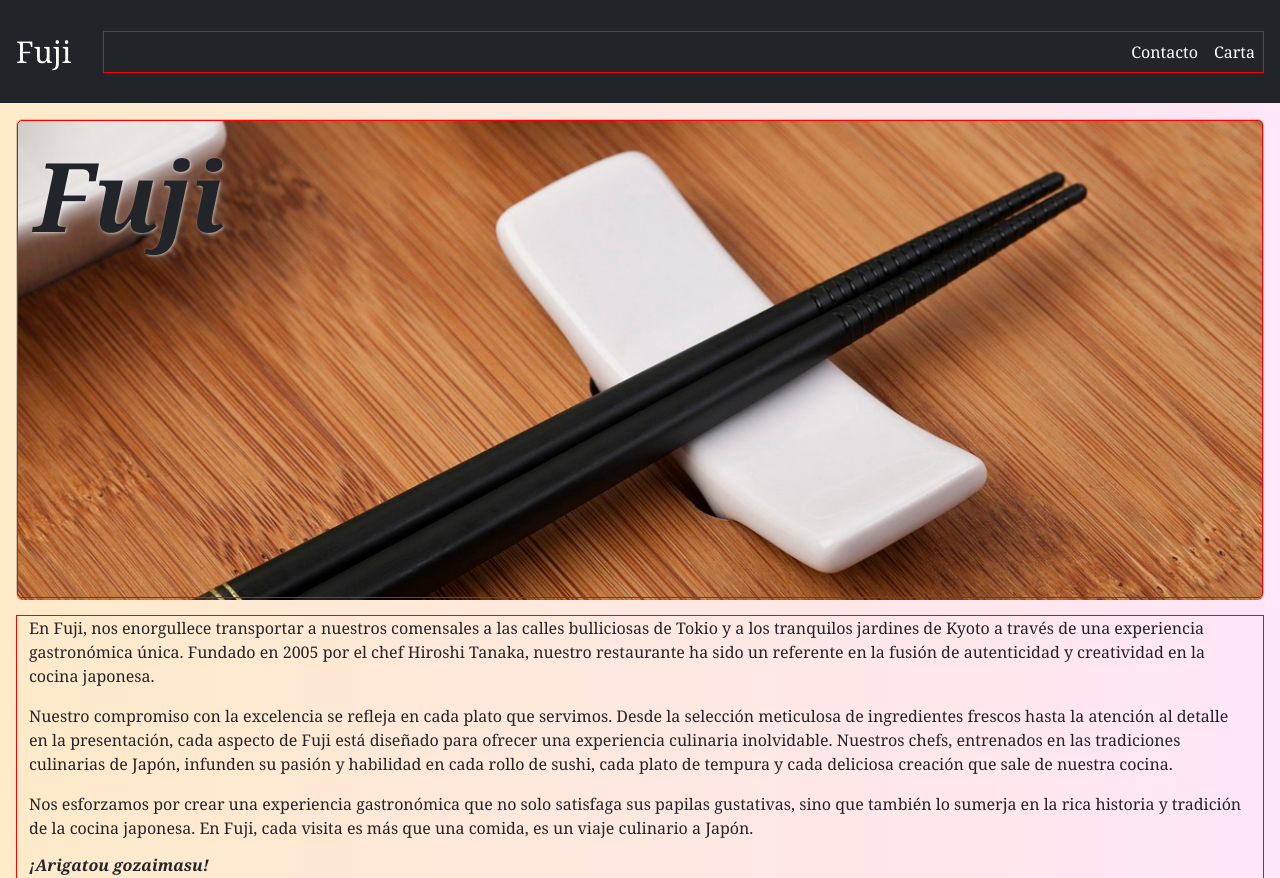
Repository: aipacheco/Fuji-restaurante
Page: index.html
These files come from the project's save history. The page is drawn as it stood at one moment and after the next save; the edit follows.
The browser window is 1280 px wide. The pictures show the part of the page from y = 0 to 878 px (the page is 1319 px tall before and 1313 px after).
A picture or video elsewhere on the page could not be fetched, so the positions and the page height are approximate. Some web libraries are served in a nearby version.

Above is the page before, as saved 2024-01-29 18:16:56.

### index.html
<!DOCTYPE html>
<html lang="en">
  <head>
    <meta charset="UTF-8" />
    <meta name="viewport" content="width=device-width, initial-scale=1.0" />

    <link
      href="https://cdn.jsdelivr.net/npm/bootstrap@5.3.2/dist/css/bootstrap.min.css"
      rel="stylesheet"
      integrity="sha384-T3c6CoIi6uLrA9TneNEoa7RxnatzjcDSCmG1MXxSR1GAsXEV/Dwwykc2MPK8M2HN"
      crossorigin="anonymous"
    />
    <link rel="stylesheet" href="./css/styles.css" />
    <title>Restaurante Fuji</title>
  </head>

  <body>
    <!-- Navbar -->
    <nav class="navbar navbar-expand-lg bg-dark" data-bs-theme="dark">
      <a class="navbar-brand d-flex align-items-center m-3" href="./index.html">
        <span id="icon">Fuji</span>
      </a>

      <button
        class="navbar-toggler m-3"
        type="button"
        data-toggle="collapse"
        data-target="#navbarNavDropdown"
        aria-controls="navbarNavDropdown"
        aria-expanded="false"
        aria-label="Toggle navigation"
      >
        <span class="navbar-toggler-icon"></span>
      </button>

      <div
        class="collapse navbar-collapse justify-content-end m-3"
        id="navbarNavDropdown"
      >
        <ul class="navbar-nav align-items-center">
          <li class="nav-item active m-2">
            <a href="/contact.html">Contacto</a>
          </li>
          <li class="nav-item active m-2">
            <a href="/menu.html">Carta</a>
          </li>
        </ul>
      </div>
    </nav>

    <div class="card img-restaurante m-3">
      <img
        src="./img/restaurante.jpg"
        class="card-img img-restaurante"
        alt="..."
      />
      <div class="card-img-overlay">
        <h1 class="card-title jumbotron"><i>Fuji</i></h1>
      </div>
    </div>

    <div class="row d-flex justify-content-center m-3">
      <p>
        En Fuji, nos enorgullece transportar a nuestros comensales a las
        calles bulliciosas de Tokio y a los tranquilos jardines de Kyoto a
        través de una experiencia gastronómica única. Fundado en 2005 por el
        chef Hiroshi Tanaka, nuestro restaurante ha sido un referente en la
        fusión de autenticidad y creatividad en la cocina japonesa.
      </p>

      <p>
        Nuestro compromiso con la excelencia se refleja en cada plato que
        servimos. Desde la selección meticulosa de ingredientes frescos hasta la
        atención al detalle en la presentación, cada aspecto de Fuji
        está diseñado para ofrecer una experiencia culinaria inolvidable.
        Nuestros chefs, entrenados en las tradiciones culinarias de Japón,
        infunden su pasión y habilidad en cada rollo de sushi, cada plato de
        tempura y cada deliciosa creación que sale de nuestra cocina.
      </p>

      <p>
        Nos esforzamos por crear una experiencia gastronómica que no solo
        satisfaga sus papilas gustativas, sino que también lo sumerja en la rica
        historia y tradición de la cocina japonesa. En Fuji, cada visita
        es más que una comida, es un viaje culinario a Japón.
      </p>

      <h6><strong><i>¡Arigatou gozaimasu!</i></strong></h6>
    </div>


    <div class="row d-flex justify-content-center text-center m-3">
      <div class="col-12 col-md-6 col-lg-4">
        <div class="card">
          <img
            src="https://images.pexels.com/photos/12032526/pexels-photo-12032526.jpeg?auto=compress&cs=tinysrgb&w=1260&h=750&dpr=1"
            class="card-img-top"
            alt="..."
          />
          <div class="card-body">
            <p class="card-text">
              Descubre la elegancia y autenticidad en cada rincón de nuestro
              restaurante japonés.
            </p>
          </div>
        </div>
      </div>

      <div class="col-12 col-md-6 col-lg-4">
        <div class="card">
          <img
            src="https://images.pexels.com/photos/6249501/pexels-photo-6249501.jpeg"
            class="card-img-top"
            alt="..."
          />
          <div class="card-body">
            <p class="card-text">
              Sumérgete en la frescura y exquisitez del sashimi, una experiencia
              única para los amantes del pescado crudo.
            </p>
          </div>
        </div>
      </div>
      <div class="col-12 col-md-6 col-lg-4">
        <div class="card">
          <img
            src="https://images.pexels.com/photos/4071381/pexels-photo-4071381.jpeg?auto=compress&cs=tinysrgb&w=1260&h=750&dpr=1"
            class="card-img-top"
            alt="..."
          />
          <div class="card-body">
            <p class="card-text">
              Descubre la armonía de sabores en cada bocado, preparados con
              maestría por nuestros chefs expertos.
            </p>
          </div>
        </div>
      </div>
    </div>

    <script src="https://code.jquery.com/jquery-3.2.1.slim.min.js"></script>
    <script src="https://cdnjs.cloudflare.com/ajax/libs/popper.js/1.12.9/umd/popper.min.js"></script>
    <script src="https://maxcdn.bootstrapcdn.com/bootstrap/4.0.0/js/bootstrap.min.js"></script>
  </body>
</html>

### css/styles.css
body {
  font-family: Georgia, "Times New Roman", Times, serif !important;
  margin: 0;
  padding: 0;
  background: rgb(255, 234, 201);
  background: linear-gradient(
    90deg,
    rgba(255, 234, 201, 1) 0%,
    rgba(255, 230, 248, 1) 100%
  );
  /* height: 100vh;
  width: 100vw; */
}
div {
  border: 1px solid red;
}
nav a{
  text-decoration: none;
  color: white;
}
#icon {
  font-size: 1.5em;
}
.img-restaurante{
  max-height: 30em;
  width: auto;
  object-fit: cover;
}
textarea {
  resize: none !important;
}
.card {
  background-color: rgba(250, 235, 215, 0.212);
  transition: 0.5s;
}
.card:hover{
  box-shadow: 6px 5px 10px 1px rgba(0,0,0,0.75);
  transition: 0.5s;
}
.card-footer{
  background-color: rgb(255, 241, 241);

}
.card-title{
  font-weight: bold;
}
.jumbotron{
  font-size: 6em;
  text-shadow: 1px 1px 3px #ffffff92, 1px 1px 15px #ededed50;
}

.img-menu {
  max-height: 17em;
  width: auto;
  object-fit: cover;
}
.row-menu{
  margin-top: 1em;
  margin-bottom: 1em;
}
.answer{
  text-decoration: none;
  color: rgb(16, 16, 16);
}
iframe{

  height: 20em;
  padding: 0;
  margin: 0;
}

After the next save:
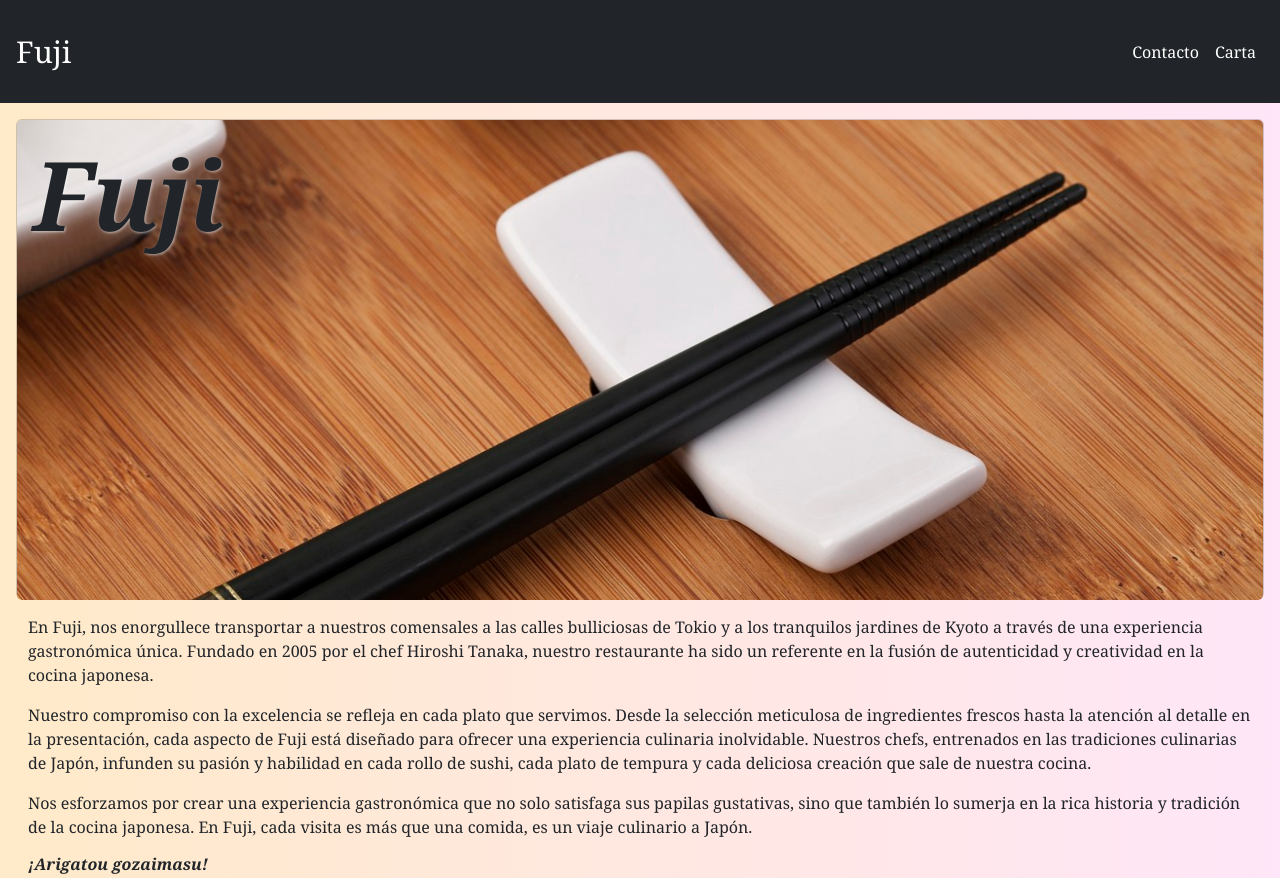
Saved 61 s later.
--- a/css/styles.css
+++ b/css/styles.css
@@ -11,9 +11,9 @@ body {
   /* height: 100vh;
   width: 100vw; */
 }
-div {
+/* div {
   border: 1px solid red;
-}
+} */
 nav a{
   text-decoration: none;
   color: white;
